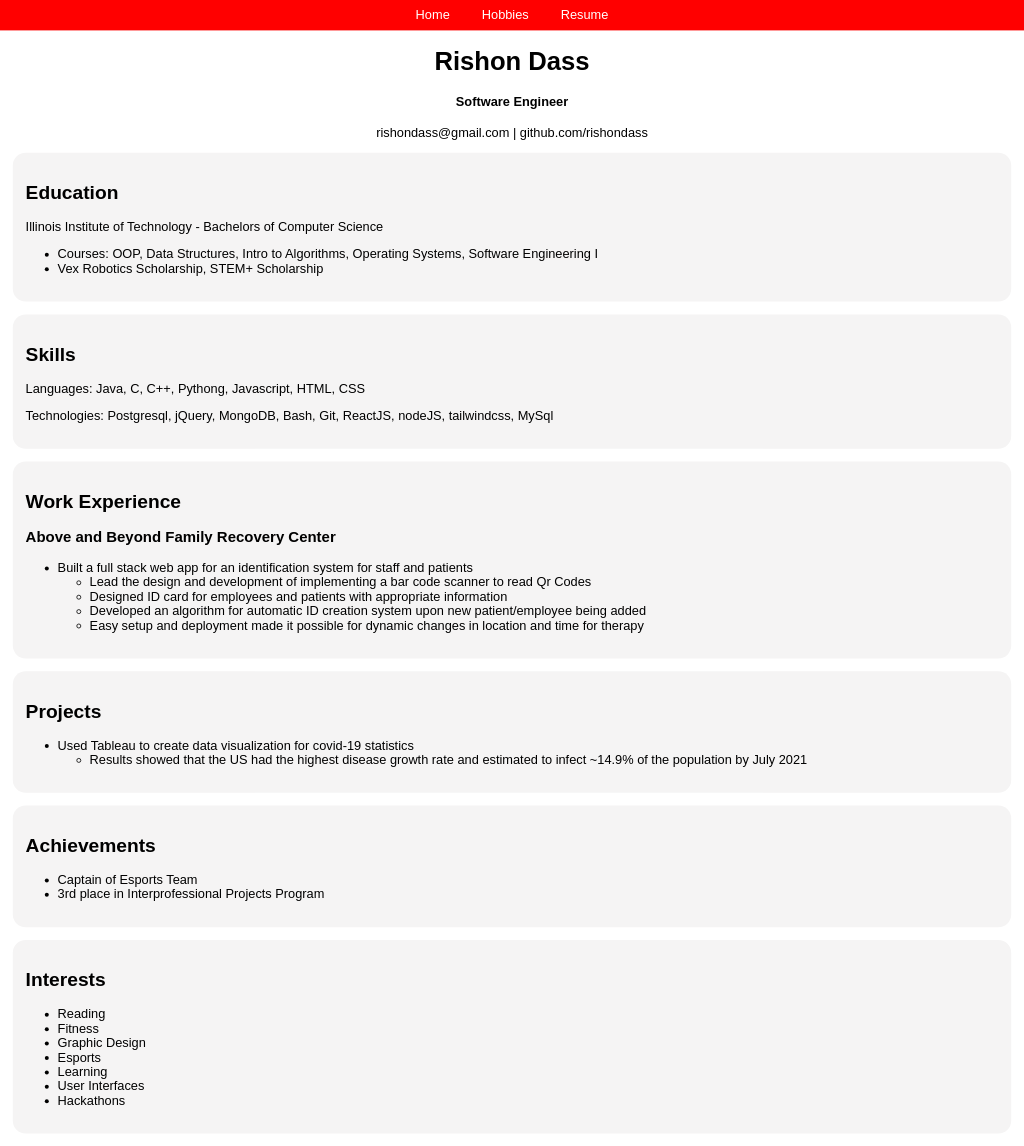
Repository: rishondass/ITMD361-Project3
Page: resume.html
These files come from the project's save history. The page is drawn as it stood at one moment and after a run of saves; the edit follows.
The browser window is 1280 px wide. The pictures show the whole page, at 80% of full size.

Above is the page before, as saved 2023-04-28 14:59:05.

### resume.html
<!DOCTYPE html>
<html lang="en">
<head>
  <meta charset="UTF-8">
  <meta name="viewport" content="width=device-width, initial-scale=1.0">
  <link rel="stylesheet" href="css/normalize.css">
  <link rel="stylesheet" href="css/style.css">
  <title>Resume</title>
</head>
<body>
  <nav id="main-nav">
    <ul>
      <li>
        <a href="index.html">Home</a>
      </li>
      <li>
        <a href="hobbies.html">Hobbies</a>
      </li>
      <li>
        <a href="resume.html">Resume</a>
      </li>

    </ul>
  </nav>
  <div id="title">
    <h1>
      Rishon Dass
    </h1>
    <h4>
      Software Engineer
    </h4>
    <p>
      rishondass@gmail.com | github.com/rishondass
    </p>
  </div>
  <div class="container-objects">
    <h2>
      Education
    </h2>
    <p>
      Illinois Institute of Technology - Bachelors of Computer Science
    </p>
    <ul>
      <li>
        Courses: OOP, Data Structures, Intro to Algorithms, Operating Systems, Software Engineering I
      </li>
      <li>
        Vex Robotics Scholarship, STEM+ Scholarship
      </li>
    </ul>
  </div>
  <div class="container-objects">
    <h2>
      Skills
    </h2>
    <p>
      Languages: Java, C, C++, Pythong, Javascript, HTML, CSS
    </p>
    <p>
      Technologies: Postgresql, jQuery, MongoDB, Bash, Git, ReactJS, nodeJS, tailwindcss, MySql
    </p>
  </div>
  <div class="container-objects">
    <h2>
      Work Experience
    </h2>
    <h3>
      Above and Beyond Family Recovery Center
    </h3>
    <ul>
      <li>
        Built a full stack web app for an identification system for staff and patients
        <ul>
          <li>
            Lead the design and development of implementing a bar code scanner to read Qr Codes
          </li>
          <li>
            Designed ID card for employees and patients with appropriate information
          </li>
          <li>
            Developed an algorithm for automatic ID creation system upon new patient/employee being added
          </li>
          <li>
            Easy setup and deployment made it possible for dynamic changes in location and time for therapy
          </li>
        </ul>
      </li>
    </ul>
  </div>

  <div class="container-objects">
    <h2>
      Projects
    </h2>
    <ul>
      <li>
        Used Tableau to create data visualization for covid-19 statistics
        <ul>
          <li>
            Results showed that the US had the highest disease growth rate and estimated to infect ~14.9% of the
            population by July 2021
          </li>
        </ul>
      </li>
    </ul>
  </div>
  <div class="container-objects">
    <h2>
      Achievements
    </h2>
    <ul>
      <li>
        Captain of Esports Team
      </li>
      <li>
        3rd place in Interprofessional Projects Program
      </li>
    </ul>
  </div>
  <div class="container-objects">
    <h2>
      Interests
    </h2>

    <ul>
      <li>
        Reading
      </li>
      <li>
        Fitness
      </li>
      <li>
        Graphic Design
      </li>
      <li>
        Esports
      </li>
      <li>
        Learning
      </li>
      <li>
        User Interfaces
      </li>
      <li>
        Hackathons
      </li>
    </ul>
  </div>
</body>
</html>

### css/style.css
#main-nav{
    background-color: red;
    overflow: hidden;
}

#main-nav ul{
    list-style-type: none;
    padding: 0;
    margin: 0;
    display: flex;
    justify-content: center;
}

#main-nav a{
   display: block;
   padding: 10px 20px;
   text-decoration: none;
   color: white;
}


#main-nav a:hover{
    background-color: rgb(255, 255, 255);
    color:black;
}

#main-container{
    margin: 20px;
}

/*
To be added
#hero-section{
    width: 100%;
    height: 100vh;
    background-color:rgb(15, 92, 207);
} */

#title{
    text-align: center;
}

#about-section{

}

#main-container div{
    margin: 1rem;
    border-radius: 1rem;
    padding: 1rem;
    background-color:rgb(245, 244, 244);
}

.container-objects{
    margin: 1rem;
    border-radius: 1rem;
    padding: 1rem;
    background-color:rgb(245, 244, 244);
}

.hobbies-images{
    width: 300px;
}

.hobbies-videos{
    width: 500px;
}



.hobby-container-item{
    float: left;
    background-color:rgb(245, 244, 244);
}

Loaded but not shown: css/normalize.css (library)

After the next 2 saves:
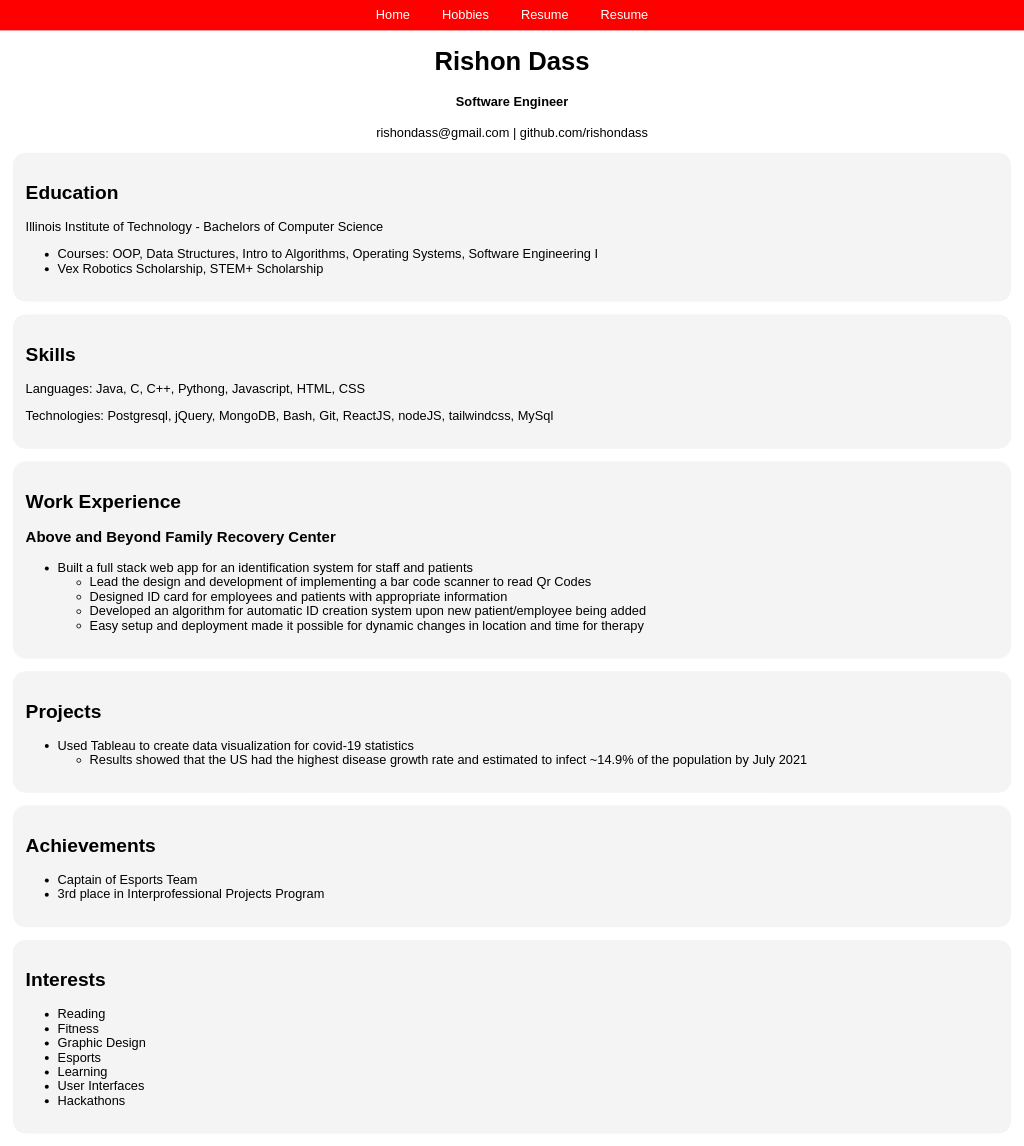
The 2 saves are shown as one change because they came seconds apart.
The last was saved 14 s later.
--- a/resume.html
+++ b/resume.html
@@ -19,7 +19,9 @@
       <li>
         <a href="resume.html">Resume</a>
       </li>
-
+      <li>
+        <a href="map.html">Resume</a>
+      </li>
     </ul>
   </nav>
   <div id="title">
